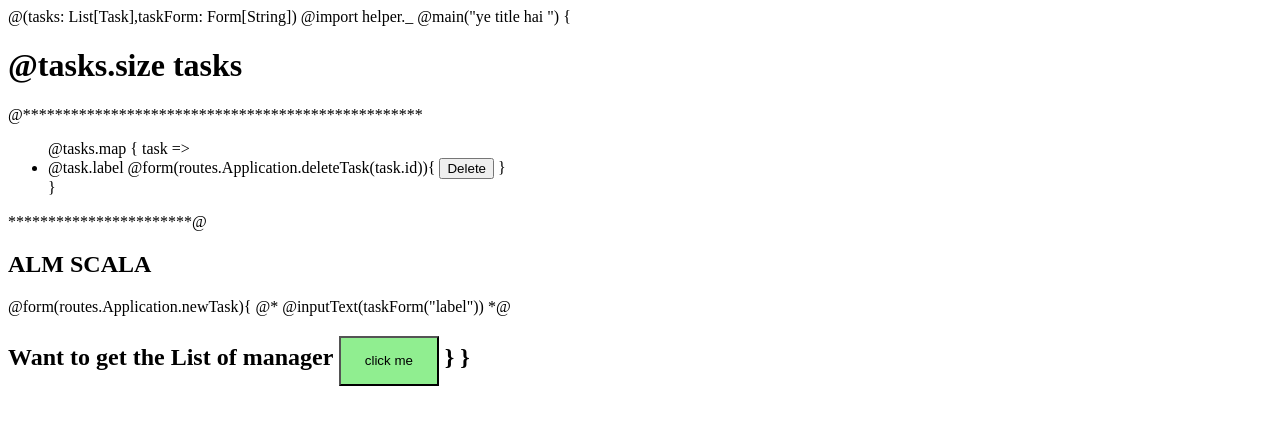
Repository: sumitkum200690/PLAY_SLICK
Page: Play_DB/app/views/index.scala.html
The author's editor kept a copy of each file at every save. The page is drawn from the files as they stood at one save, then again after the next save.
The browser window is 1280 px wide. The pictures show the whole page.

Above is the page before, as saved 2015-09-21 11:43:40.

After the next save:
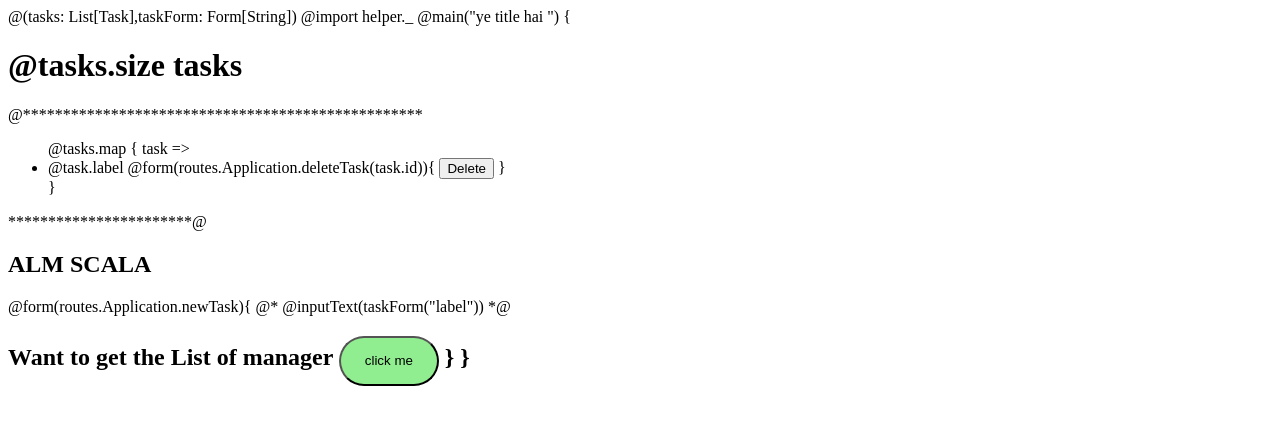
Saved 61 s later.
--- a/Play_DB/app/views/index.scala.html
+++ b/Play_DB/app/views/index.scala.html
@@ -28,7 +28,7 @@
 <h2><b>ALM SCALA</b></h2>
 		@form(routes.Application.newTask){
 		@*	@inputText(taskForm("label")) *@
-			<h2><b> Want to get the List of manager <input type="submit" value="click me" style="height:50px; width:100px; background-color:lightgreen" >
+			<h2><b> Want to get the List of manager <input type="submit" value="click me" style="height:50px; border-radius:40px; width:100px; background-color:lightgreen" >
 
 
 	  	}
